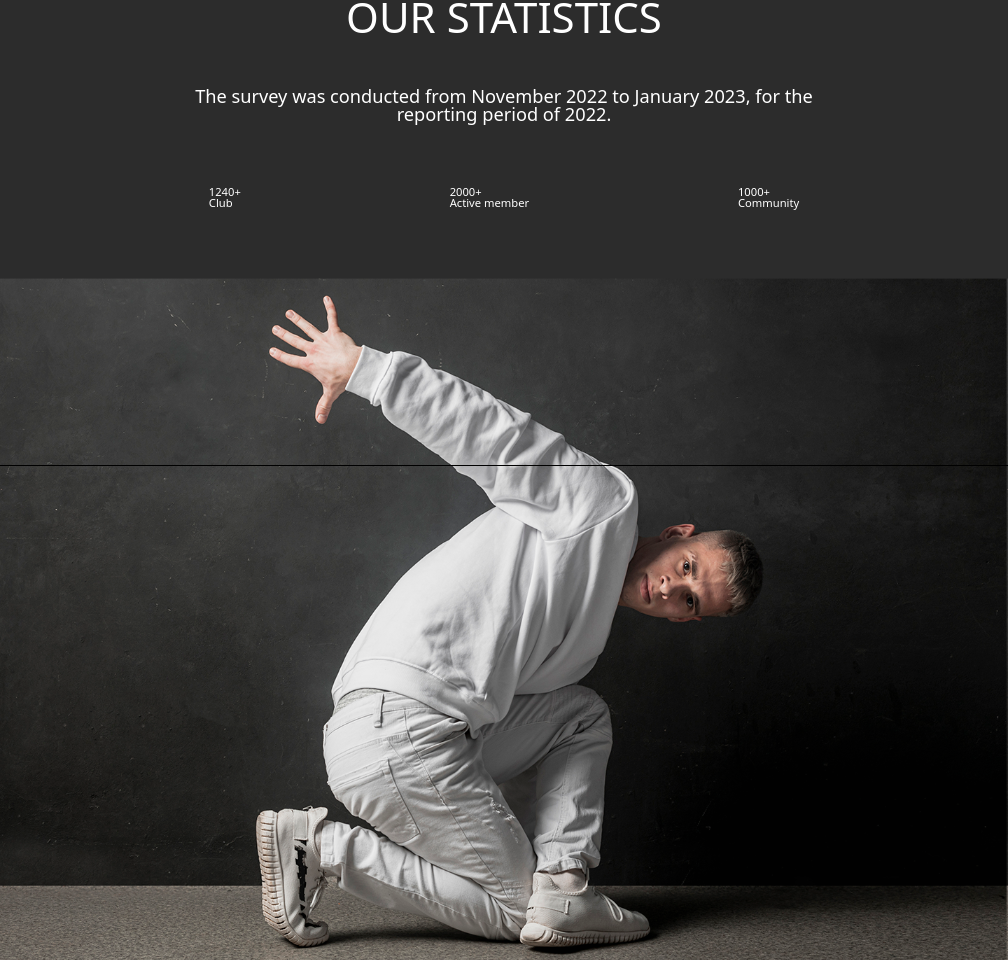
Repository: KinD2704/Web-University
Page: Bai30/index.html
The author's editor kept a copy of each file at every save. The page is drawn from the files as they stood at one save, then again after the next save.
The browser window is 1280 px wide. The page is 1440 px wide, so the pictures cover 1440 px, including what lies to the right of the window. The pictures show the part of the page from y = 4780 to 6500 px (the page is 6152 px tall before and 6656 px after), at 70% of full size.

Above is the page before, as saved 2023-12-23 22:30:02.

After the next save:
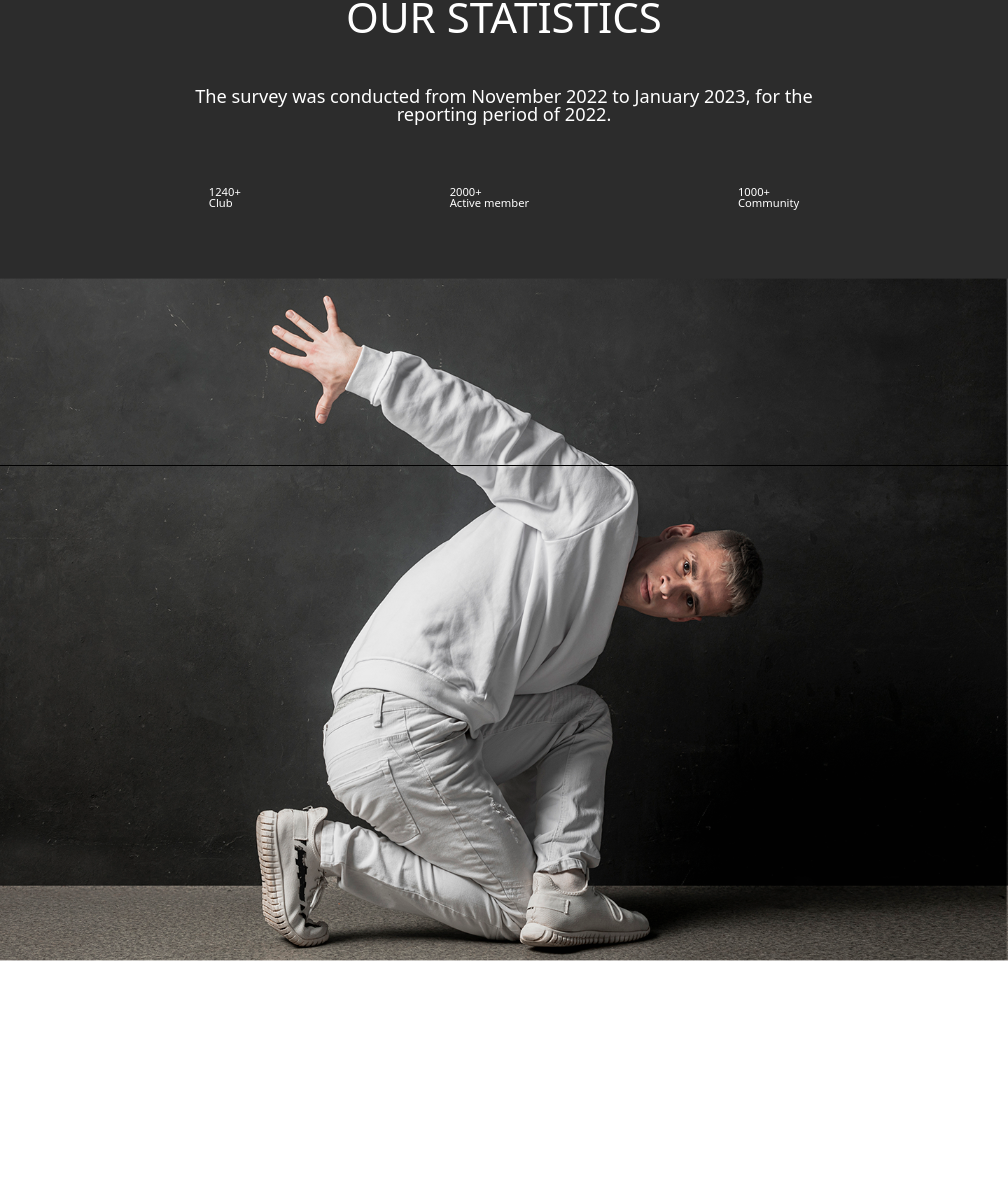
Saved 19 s later.
--- a/Bai30/index.html
+++ b/Bai30/index.html
@@ -160,7 +160,33 @@
             <div class="banner7">
                 <div></div>
             </div>
-            <div class="banner8"></div>
+            <div class="banner8">
+                <div class="banner2__container">
+                    <div class="banner2__text banner2__text1">
+                        <p class="text-up">Our Statistics</p>
+                    </div>
+                    <div class="banner2__text banner2__text2">
+                        <p>
+                            The survey was conducted from November 2022 to January
+                            2023, for the reporting period of 2022.
+                        </p>
+                    </div>
+                    <div class="banner6__item d-flex justify-space-evenly">
+                        <div class="banner6__item1">
+                            <p class="text-white">1240+</p>
+                            <p class="text-white">Club</p>
+                        </div>
+                        <div class="banner6__item1">
+                            <p class="text-white">2000+</p>
+                            <p class="text-white">Active member</p>
+                        </div>
+                        <div class="banner6__item1">
+                            <p class="text-white">1000+</p>
+                            <p class="text-white">Community</p>
+                        </div>
+                    </div>
+                </div>
+            </div>
             <div class="banner9"></div>
 
             <!-- Footer -->
